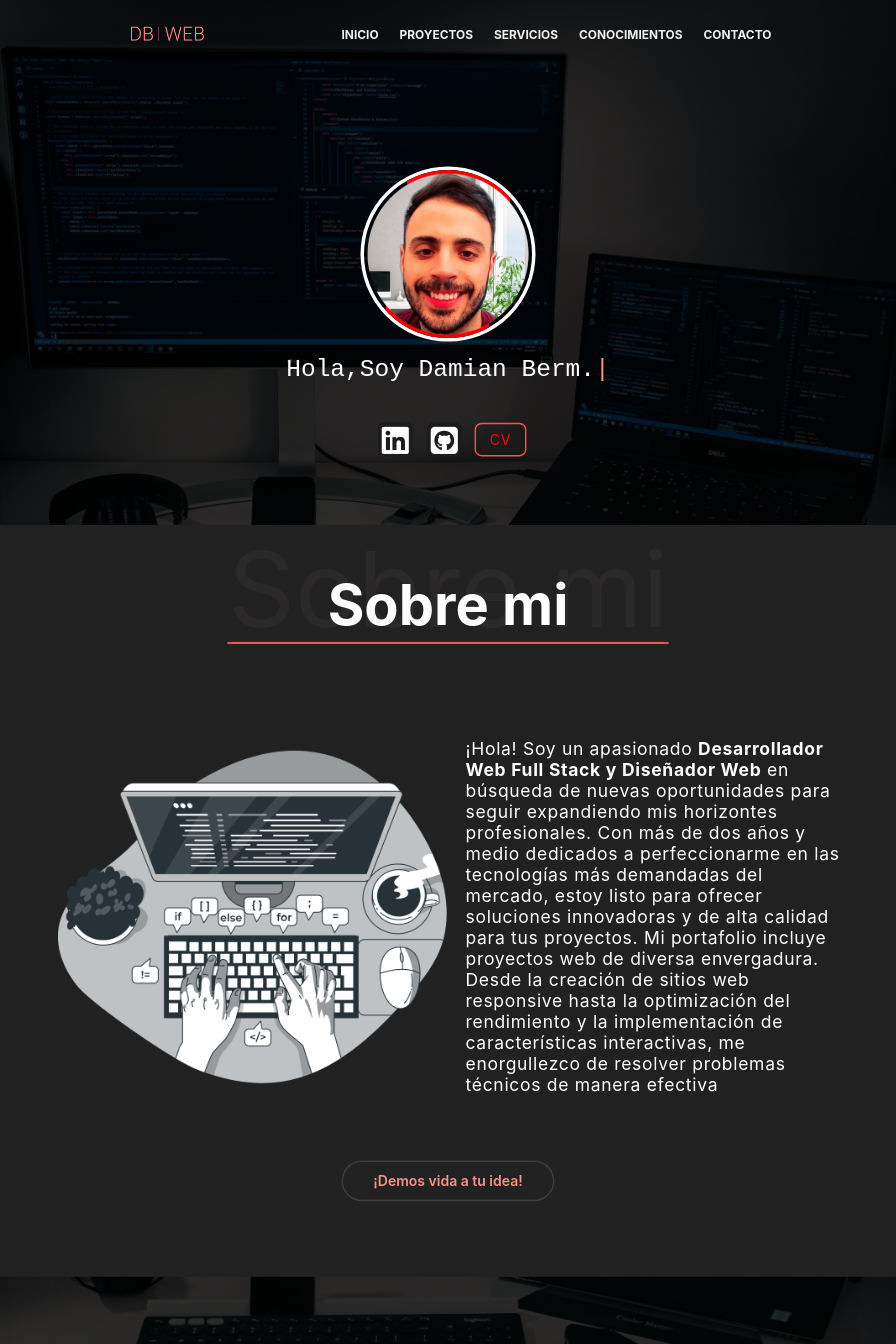
Repository: DamianBermudez94/DB-Porfolio
Page: /
The author's editor kept a copy of each file at every save. The page is drawn from the files as they stood at one save, then again after the next save.
The browser window is 1280 px wide. The pictures show the part of the page from y = 0 to 1920 px (the page is 2825 px tall before and 3079 px after), at 70% of full size.
Backgrounds fixed to the window are drawn as part of the page. Some web libraries are served in a nearby version. The project was rebuilt for these pictures with package versions that can differ from the ones it lists, and the page was loaded fresh each time. Also part of the build but not shown: vite.config.js, src/components/Servicios/styles.css, src/components/Servicios/Service.jsx, src/pages/Servicios.jsx, src/components/Conocimientos/styles.css, src/components/Conocimientos/Conocimientos.jsx, src/pages/AcerdaDe.jsx, src/components/Contacto/styles.css and 7 more.

Above is the page before, as saved 2024-04-01 21:46:15.

### index.html
<!DOCTYPE html>
<html lang="es">
  <head>
    <meta charset="utf-8" />
    <meta name="viewport" content="width=device-width, initial-scale=1" />
    <meta name="geo.position" content="-35.1853171; -59.1479442" />
    <link
      rel="icon"
      type="image/png"
      sizes="32x32"
      href="./public/image/icons-favicon-DB.png"
    />
    <link
      rel="apple-touch-icon"
      type="image/png"
      sizes="32x32"
      href="./public/image/icons-favicon-DB.png"
    />

    <link rel="manifest" href="./src/manifiesto.json" />
    <title>Damián Bermúdez - Developer</title>
    <meta name="author" content="Damián Bermúdez" />
    <meta
      name="description"
      content="Desarrollador Web Full Stack - Diseñador Web - Paginás Web - Damián Bermúdez"
    />
    <meta name="theme-color" content="#000000" />
    <!--Estilos-->
    <script
      src="https://kit.fontawesome.com/bdbed0aafa.js"
      crossorigin="anonymous"
    ></script>
    <link rel="preconnect" href="https://fonts.gstatic.com" />
    <link rel="preconnect" href="https://fonts.gstatic.com" />
    <link rel="preconnect" href="https://fonts.gstatic.com" />
    <link rel="preconnect" href="https://fonts.gstatic.com" />
    <link
      href="https://fonts.googleapis.com/css2?family=Raleway:wght@200;300&family=Roboto:wght@100;300&display=swap"
      rel="stylesheet"
    />
  </head>
  <body>
    <div id="root"></div>
    <script type="module" defer src="/src/main.jsx"></script>
  </body>
</html>

### src/main.jsx
import ReactDOM from "react-dom/client";

import App from "./App";
import "./index.css";
const root = ReactDOM.createRoot(document.getElementById("root"));
root.render(<App />);

### src/App.jsx
import { useState, useEffect } from "react";
import { MisRutas } from "./routers/MisRutas";
import { BrowserRouter } from "react-router-dom";
import backgroundImage from "../public/image/banner-parallax2.jpg";
import "./App.css";
function App() {
  const [scrollPosition, setScrollPosition] = useState(0);

  useEffect(() => {
    const handleScroll = () => {
      setScrollPosition(window.pageYOffset);
    };

    window.addEventListener("scroll", handleScroll);

    return () => {
      window.removeEventListener("scroll", handleScroll);
    };
  }, []);

  return (
    <main className="content-main parallax-container">
      <div
        className="parallax-background"
        style={{
          backgroundImage: `url(${backgroundImage})`,
          backgroundPositionY: scrollPosition / 2 + "px",
        }}
      />
      <div className="parallax-content">
        <BrowserRouter>
          <MisRutas />
        </BrowserRouter>
      </div>
    </main>
  );
}

export default App;

### src/index.css
* {
  margin: 0;
  padding: 0;
  box-sizing: border-box;
}
body {
  font-family: -apple-system, BlinkMacSystemFont, "Segoe UI", "Roboto", "Oxygen",
    "Ubuntu", "Cantarell", "Fira Sans", "Droid Sans", "Helvetica Neue",
    sans-serif;
  -webkit-font-smoothing: antialiased;
  -moz-osx-font-smoothing: grayscale;
}

### src/routers/MisRutas.jsx
import {Routes, Route } from "react-router-dom";

import { Inicio } from "../pages/Inicio";
import { Servicios } from "../pages/Servicios";
import { AcerdaDe } from "../pages/AcerdaDe";
import { Contacto } from "../pages/contacto";
import { Proyectos } from "../pages/Proyecto";
import { Error } from "../components/Error";
import { NavHeader } from "../components/header/NavHeader";
import { Footer } from "../components/Footer/Footer";

export const MisRutas = () => {
  return (
    <div className="layout">
      {/*Header y navegacion*/}
      <NavHeader />
      {/*Contenido general*/}

      <Routes>
        <Route path="/" element={<Inicio />} />
        <Route path="/inicio" element={<Inicio />} />
        <Route path="/servicios" element={<Servicios />} />
        <Route path="/conocimientos" element={<AcerdaDe />} />
        <Route path="/contacto" element={<Contacto />} />
        <Route path="/proyecto" element={<Proyectos />} />
        <Route path="*" element={<Error />} />
      </Routes>

      {/* Footer*/}
      <Footer />
    </div>
  );
};

### src/App.css
.parallax-container {
  position: relative;
  overflow: hidden;
  color: #fff;


}
.parallax-background {
  position: absolute;
  top: 0;
  left: 0;
  width: 100%;
  height: 100%;
  background-size: cover;
  background-position: center;
  background-attachment: fixed;

}
.parallax-content {
 /* Agregamos una transición para suavizar la animación */
  padding-top: 150px;
  background-color: rgba(0, 0, 0, 0.8);
  position: relative;
  z-index: 1; /* Asegura que el contenido esté sobre la imagen de fondo */
}

### src/pages/Inicio.jsx
import { Home } from "../components/Home/Home";
export const Inicio = () => {
  return (
    <section>
      <Home />
    </section>
  );
};

### src/components/Footer/Footer.jsx

import './Footer.css'
export const Footer = () => {
  return (
    <footer className="footer">
      <div className="contenedor-footer container">
          <div className="footer-redes__sociales">
              <a href="https://www.facebook.com" className="link-redes_sociales" ><i className="fab fa-facebook facebook"></i></a>
              <a href="https://www.instagram.com" className="link-redes_sociales" ><i className="fab fa-instagram instagran"></i></a>
              <a href="https://www.linkedin.com" className="link-redes_sociales" ><i className="fab fa-linkedin linkedin"></i></a>
              <a href="https:/www.github.com" className="link-redes_sociales" ><i className="fab fa-github-square github"></i></a>
          </div>
          <hr className='footer-linea__separacion' />
          <div className="footer-text">
              <p className="title-copy">Hecho por<a className="title-footer" href="https://damianbermudezdev.es/">DB|WEB</a></p>
          </div>
      </div>
    </footer>
  )
}

### src/components/header/NavHeader.css
.header {
  height: 80px;
  width: 100%;
  max-width: 1200px;
  display: flex;
  justify-content: space-around;
  align-items: center;
  position: fixed;
  top: 0;
  right: 0;
  left: 0;
  z-index: 1000;
  padding: 50px 20px;
margin: 0 auto;
  transition: background-color 0.5s ease;
}

/* Cambiar el fondo al hacer scroll */
.header.scrolled {
  background-color: rgba(83, 83, 83, 0.9);
  border-radius: 10px;
  display: flex;
  justify-content: center;
  align-items: center;
  position: fixed;

  margin: 0 auto;
}

.nav-content {
  width: 90%;
  height: 80px;
  margin: 0 auto;
  display: flex;
  justify-content: space-around;
  padding: 5px;
  align-items: center;
}
.header .logo img {
  width: 150px;
  height: 100px;
  object-fit: cover;
}

.header nav ul {
  display: flex;
  justify-content: center;
  align-items: center;
  list-style: none;
}
.header li {
  text-decoration: none;
  text-transform: uppercase;
  font-size: 17px;
  font-weight: bold;
  margin: 15px;
}
.header li a {
  text-decoration: none;
  transition: all 300ms;
  color: #f1f1f1;
}
.header .active,
.header a:hover {
  color: rgb(255, 80, 80);
}

.header .btn-menu {
  display: none;
}
@media screen and (max-width: 960px) {
  .header {
    max-width: 900px;
  }

  .header .logo img {
    width: 200px;
    height: 150px;
  }

  .menu {
    list-style-type: none;
    margin: 0;
    padding: 0;
    transform: translateY(-100%);
    transition: transform 0.5s ease-in-out;
    position: fixed;
    top: 150px;
    left: 0%;
    width: 100%;
    height: 100vh;
    width: 100%;
    display: flex;
    flex-direction: column;
    align-items: center;
    justify-content: center;
    height: 0;
    overflow: hidden;
    background-color: rgba(255, 255, 255, 0);
    backdrop-filter: blur(19px);
  }

  .menu.active {
    transform: translateY(0);
    width: 100%;
    height: 100vh;
    bottom: 10px;
    display: block;
    margin: 0 auto;
  }

  .menu ul {
    flex-direction: column;
    align-items: center;
    justify-content: center;
  }

  .menu li {
    width: 100%;
    margin: 10px auto;
    border-bottom: 1px solid rgb(255, 1, 1);
    margin: 10px 0;
    transform: translateY(-50px);
    opacity: 0;
    transition: transform 0.5s ease, opacity 0.5s ease;
  }
  .menu.active li {
    transform: translateY(0);
    opacity: 1;
    padding: 10px;
  }
  .menu a {
    text-decoration: none;
    color: #fff;
    font-size: 20px;
    transition: color 0.3s;
  }
  .menu a:hover {
    color: #ffd700;
  }
}
@media screen and (max-width: 480px) {
  .header {
    padding: 50px;

  }
  .header .logo img {
    width: 150px;
    height: 100px;
  }
}

### src/components/header/burgerButton.jsx
/* eslint-disable react/prop-types */

import styled from "styled-components";

function BurguerButton(props) {
  return (
    <Burguer>
      <div
        onClick={props.handleClick}
        className={`btn-menu nav-icon-5 ${props.clicked ? "open" : ""}`}
      >
        <span></span>
        <span></span>
        <span></span>
      </div>
    </Burguer>
  );
}

export default BurguerButton;

const Burguer = styled.div`
  /* nav-icon-5 */
  .nav-icon-5 {
    width: 35px;
    height: 30px;
    position: relative;
    cursor: pointer;
    display: flex;
    margin: 25px auto;
  }
  .nav-icon-5 span {
    background-color: #fff;
    position: absolute;
    border-radius: 2px;
    transition: 0.3s cubic-bezier(0.8, 0.5, 0.2, 1.4);
    width: 100%;
    height: 4px;
    transition-duration: 500ms;
  }
  .nav-icon-5 span:nth-child(1) {
    top: 0px;
    left: 0px;
  }
  .nav-icon-5 span:nth-child(2) {
    top: 13px;
    left: 0px;
    opacity: 1;
  }
  .nav-icon-5 span:nth-child(3) {
    bottom: 0px;
    left: 0px;
  }
  .nav-icon-5:not(.open):hover span:nth-child(1) {
    transform: rotate(-3deg) scaleY(1.1);
  }
  .nav-icon-5:not(.open):hover span:nth-child(2) {
    transform: rotate(3deg) scaleY(1.1);
  }
  .nav-icon-5:not(.open):hover span:nth-child(3) {
    transform: rotate(-4deg) scaleY(1.1);
  }
  .nav-icon-5.open span:nth-child(1) {
    transform: rotate(45deg);
    top: 13px;
  }
  .nav-icon-5.open span:nth-child(2) {
    opacity: 0;
  }
  .nav-icon-5.open span:nth-child(3) {
    transform: rotate(-45deg);
    top: 13px;
  }
  @media screen and (min-width: 960px) {
    .btn-menu {
      display: none;
    }
  }
`;

### src/components/Footer/Footer.css
.footer {
  min-height: 120px;
  line-height: 7px;
  text-align: center;
  font-size: 22px;
  padding: 45px;
  background-color: #212121;
}

.contenedor-footer {
  display: flex;
  flex-direction: column;
  justify-content: center;
  align-content: center;
  margin: 0 auto;
  padding: 20px;
}
.footer-text {
  display: flex;
  justify-content: center;
  align-items: center;
  padding: 10px;
  margin-top: 20px;
}
.title-copy {
  text-align: center;
  font-size: 26px;
  font-weight: 300;
}
.title-footer {
  text-decoration: none;
  color: rgb(252, 136, 136);
  margin-left: 5px;
}
.footer-linea__separacion{
  height: 1px;
  width: 100%;
  max-width: 700px;
  margin: 0 auto;


}
body.dark .title-copy {
  color: #f1f1f1;
}

.footer-redes__sociales {
  display: flex;
  justify-content: center;
  align-items: center;
  text-align: center;
  margin-bottom: 10px;
}
.link-redes_sociales {
  text-decoration: none;
  width: 50px;
  height: 50px;
  margin: 10px;
  color: rgb(255, 255, 255);
  background-color: rgb(28, 28, 28);
  border-radius: 10px;
  text-align: center;
  position: relative;
  transition: transform 0.4s;
  font-size: 26px;
  padding: 4px;
}
.link-redes_sociales:hover {
  transform: rotate(45deg);
}
.link-redes_sociales::before {
  content: "";
  position: absolute;
  width: 100%;
  height: 100%;
  opacity: 0;
  background-color: #373737;
  border-radius: 10px;
  transition: opacity 0.2s;
}
.link-redes_sociales:hover::before {
  opacity: 0.4;
}
.link-redes_sociales:nth-child(1)::before {
  background-color: rgb(255, 80, 80);
}
.link-redes_sociales:nth-child(2)::before {
  background-color: rgb(255, 80, 80);
}
.link-redes_sociales:nth-child(3)::before {
  background-color: rgb(255, 80, 80);
}
.link-redes_sociales:nth-child(4)::before {
  background-color: rgb(255, 80, 80);
}

.link-redes_sociales:hover::before {
  transform: translate(-4px, -4px);
  filter: blur(10px);
}

.link-redes_sociales i {
  font-size: 1.7em;
  transition: all 0.4s;
}
.link-redes_sociales:hover i {
  color: #f1f1f1;
  transform: rotate(-45deg);
}

body.dark .redes-sociales i {
  color: #f1f1f1;
}

### src/components/TextoCustom/CustomText.jsx
/* eslint-disable react/prop-types */
import  { useState, useEffect } from 'react';
import './styles.css';

const CustomText = ({ words, typingDelay = 200, changingDelay = 3000 }) => {
  const [index, setIndex] = useState(0);
  const [subIndex, setSubIndex] = useState(0);
  const [reverse, setReverse] = useState(false);

  // Efecto para manejar la escritura y eliminación de las palabras
  useEffect(() => {
    if (subIndex === words[index].length + 1 && !reverse) {
      setReverse(true);
      return;
    }

    if (subIndex === 0 && reverse) {
      setReverse(false);
      setIndex((prev) => (prev + 1) % words.length);
      return;
    }

    const timeout = setTimeout(() => {
      setSubIndex((prev) => prev + (reverse ? -1 : 1));
    }, typingDelay);

    return () => clearTimeout(timeout);
  }, [subIndex, index, reverse]);

  // Efecto para cambiar la palabra después de un cierto tiempo
  useEffect(() => {
    if (!reverse) {
      return;
    }

    const timeout = setTimeout(() => {
      setReverse(false);
      setIndex((prev) => (prev + 1) % words.length);
    }, changingDelay);

    return () => clearTimeout(timeout);
  }, [reverse]);

  return (
    <div className="typewriter">
      <span>{`${words[index].substring(0, subIndex)}${reverse ? '.' : ' '}`}</span>
    </div>
  );
};

export default CustomText;

### src/components/Home/styles.css
/**Estilos Home- Principal**/

.home-welcome {
  width: 100%;
  height: 600px;
  display: flex;
  flex-direction: column;
  justify-content: space-around;
  align-items: center;
  padding: 20px;
}
.container-home {
  width: 100%;
}
.container-home img {
  display: flex;
  justify-content: center;
  width: 250px;
  height: 250px;
  padding: 5px;
  margin: 0 auto;
  position: relative;
  border: solid 5px transparent;
}
.container-home figure {
  display: flex;
  justify-content: center;
  width: 250px;
  height: 250px;
  padding: 5px;
  margin: 0 auto;
  position: relative;
  border: 5px solid;
  border-radius: 50%;
  place-content: center;
  place-items: center;
  overflow: hidden;
}
.container-home figure::before {
  content: "";
  position: absolute;
  width: 150px;
  background-image: linear-gradient(360deg, rgb(241, 0, 0), rgb(255, 0, 0));
  height: 130%;
  animation: rotBGimg 3s linear infinite;
  transition: all 0.2s linear;
}

@keyframes rotBGimg {
  from {
    transform: rotate(0deg);
  }

  to {
    transform: rotate(360deg);
  }
}

.container-redes_inicio {
  display: block;
  padding-top: 25px;
  display: flex;
  align-items: center;
  justify-content: center;
}

.btn-cv {
  max-width: 100px;
  text-decoration: none;
  display: flex;
  justify-content: center;
  font-size: 20px;
  cursor: pointer;
  letter-spacing: 1px;
  color: rgb(255, 0, 0);
  background-color: transparent;
  outline: 2px solid rgb(255, 80, 80);
  border: none;
  border-radius: 8px;
  padding: 10px 20px;
  margin-left: 10px;
  position: relative;
  top: 0px;
  overflow: hidden;
  transition: color 1s;
}

.btn-cv:hover {
  color: #ffffff;
  z-index: 1;
}

.btn-cv::before {
  content: "";
  position: absolute;
  top: 0;
  left: -50px;
  width: 250%;
  height: 100%;
  background-color: rgba(255, 85, 85, 0.5);
  border: none;
  outline: 3px solid rgb(0, 0, 0);
  transform: scaleX(0) skewX(35deg);
  transform-origin: left;
  z-index: -1;
  transition: transform 1s;
}

.btn-cv:hover::before {
  transform: scaleX(1) skewX(35deg);
}
.content-proyectos__inicio {
  display: flex;
  justify-content: center;
  align-items: center;
  flex-direction: column;
  padding: 50px;
}

.content-proyectos__inicio h2 {
  margin-bottom: 80px;
  font-size: 40px;
  text-align: center;
}
@media (max-width: 960px) {
  .home .title-welcome .title-custom {
    width: 100%;
  }
  .title-welcome span {
    width: 100%;
  }
}

@media (max-width: 670px) {
  .title-welcome {
    margin-left: 20px;
  }
  .container-redes_inicio {
    padding: 5px;
    margin-left: 0px;
  }
}
@media (max-width: 480px) {
  .title-welcome {
    margin-left: 20px;
  }
  .container-redes_inicio {
    padding: 5px;
    margin-left: 0px;
  }
  .container-redes_inicio {
    flex-wrap: wrap;
  }
}

/**Estilos section Sobre mi**/
.section-me {
  padding: 60px;
  margin: 0 auto;
  display: flex;
  flex-direction: column;
  justify-content: center;
  align-items: center;
  background-color: #212121;
}
.content-title{
  height: 200px;
  text-align: center;
}

.section-me .title-sobre__me {
  margin: 0;
  padding: 5px;
  font-size: 80px;
  color: rgb(255, 255, 255);
  border-bottom: 3px solid rgb(255, 80, 80);
}
.section-me .sub-title {
  position: relative;
  opacity: 0.04;
  font-size: 150px;
  top: -170px;
  right: 0;
  color: rgb(253, 214, 214);
  overflow: hidden;
}
.container-me {
  width: 100%;
  display: flex;
  flex-direction: column;
  justify-content: center;
  align-items: center;
  margin: 0 auto;
}
.container-me article{
  width: 100%;
  display: flex;
  flex-direction: row;
  align-items: center;
}

.container-me article img {
  width: 100%;
  max-width: 600px;
  margin: 0 auto;
  shape-outside: circle(50%);
}

.section-me article p {
  margin: 0 auto;
  padding: 5px;
  font-size: 25px;
  letter-spacing: 1px;
  overflow: hidden;
}


.container-me .enlace-contacto {
  width: 300px;
  text-decoration: none;
  color: #fa9484;
  position: relative;
  display: grid;
  grid-column: span 2;
  padding: 15px;
  margin: 50px auto 50px;
  text-align: center;
  opacity: 1;
}

.enlace-contacto {
  position: relative;
  display: inline-block;
  padding: 12px 24px;
  border: none;
  font-size: 16px;
  background-color: inherit;
  border-radius: 100px;
  font-weight: 600;
  color: #ffffff40;
  box-shadow: 0 0 0 2px #ffffff20;
  cursor: pointer;
  overflow: hidden;
  transition: all 0.6s cubic-bezier(0.23, 1, 0.32, 1);
}

.enlace-contacto span:last-child {
  position: absolute;
  top: 50%;
  left: 50%;
  transform: translate(-50%, -50%);
  width: 20px;
  height: 20px;
  background-color: rgb(252, 98, 98);
  border-radius: 50%;
  opacity: 0;
  transition: all 0.8s cubic-bezier(0.23, 1, 0.32, 1);
}

.enlace-contacto span:first-child {
  width: 100%;
  position: relative;
  z-index: 1;
  font-size: 20px;
}

.enlace-contacto:hover {
  box-shadow: 0 0 0 5px #f3212160;
  color: #ffffff;
}

.enlace-contacto:active {
  scale: 0.95;
}

.enlace-contacto:hover span:last-child {
  width: 100%;
  height: 200px;
  opacity: 1;
}

.square {
	position: absolute;
	top: 50%;
	left: 50%;
	transform: translate(-50%, -50%);
	width: 50px;
	height: 50px;
	background: linear-gradient(#f70000, #757575);
	z-index: 2;
}

.circle {
	position: absolute;
	top: 50%;
	left: 50%;
	transform: translate(-50%, -50%);
	width: 50px;
	height: 50px;
	background: #d91c1c;
	border-radius: 50%;
}

.triangle {
	position: absolute;
	top: 50%;
	left: 50%;
	transform: translate(-50%, -50%);
	width: 50px;
	height: 50px;
	background: #f5f5f5;
	clip-path: polygon(50% 0%, 0% 100%, 100% 100%);
	-webkit-clip-path: polygon(50% 0%, 0% 100%, 100% 100%);
}

@media (max-width: 1280px) {
  .section-me div {
    display: block;
  }
}

@media (max-width: 780px) {
  .section-me {
    padding: 20px;
  }
  .section-me ul {
    text-align: center;
  }
  .section-me ul li span {
    font-size: 80px;
  }
  .section-me figure {
    max-width: 300px;
  }
  .section-me img {
    width: 300px;
    height: 300px;
  }
  .section-me .title-sobre__me {
    font-size: 45px;
  }
  .section-me .sub-title {
    font-size: 100px;
    top: -110px;
  }
}
@media (max-width: 480px) {
  .section-me .title-sobre__me {
    margin-top: 50px;
    font-size: 45px;
  }
  .section-me .sub-title {
    font-size: 80px;
    top: -100px;
  }
}

/**--Seccion motivos--**/

.article-section__motivos {
  width: 100%;
  padding: 50px;
  border-radius: 10px;
  margin: 50px auto;
  display: grid;
  grid-template-columns: repeat(3, 1fr);
  gap: 20px;
}

.article-section__motivos h2 {
  grid-column: span 3;
  text-align: center;
  margin-bottom: 50px;
  font-size: 60px;
}

.article-section__motivos article {
  display: flex;
  justify-content: center;
  align-items: center;
  flex-direction: column;
  margin-bottom: 20px;
  width: 300px;
  height: 400px;
  background-color: #212121;
  border-radius: 30px 0px 30px 0px;
  padding: 10px;
  margin: 0 auto;
}

.article-section__motivos h3 {
  font-size: 2.5em;
  margin-bottom: 10px;
  text-align: center;
  font-weight: bold;
}

.article-section__motivos p {
  line-height: 1.5;
  padding: 5px;
}

### src/components/TextoCustom/styles.css
.typewriter span {

    display: flex;
    align-items: center;
    justify-content: center;
    font-size: 35px;
    font-family: monospace;
    overflow: hidden;
    white-space: nowrap;
    padding: 20px;
  }

  .typewriter span:after {
    content: '|';
    animation: blink-caret .75s step-end infinite;
    color: #fa9484;
  }

  @keyframes blink-caret {
    from, to { border-color: transparent }
    50% { border-color: black }
  }

  @media (max-width: 780px) {
    .typewriter span {
       font-size: 30px;
      }
  }
  @media (max-width: 780px) {
    .typewriter span {
       font-size: 20px;
      }
  }

Loaded but not shown: src/components/Home/Home.jsx (139 lines, source omitted); src/components/header/NavHeader.jsx (99 lines, source omitted)

After the next save:
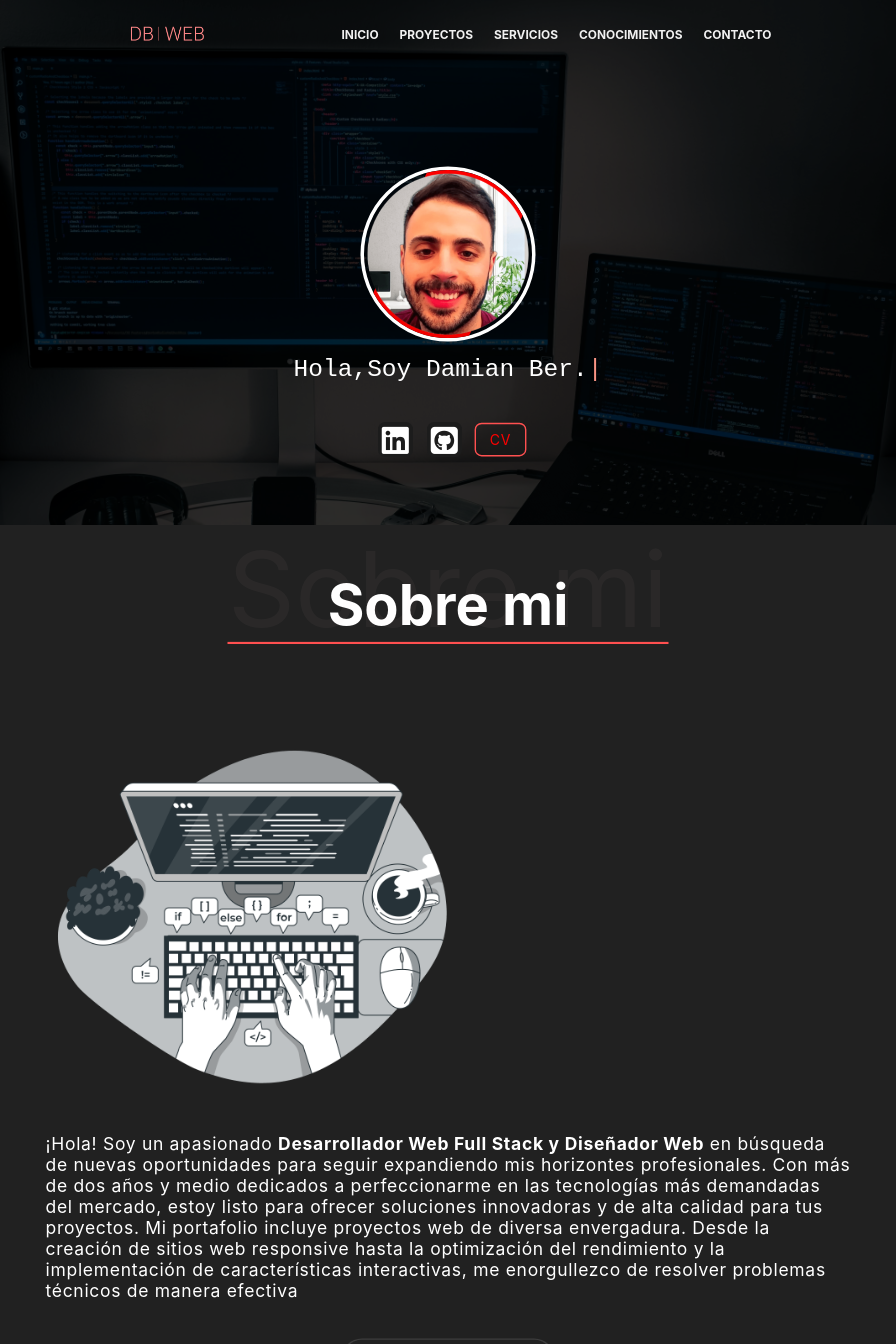
Saved 30 s later.
--- a/src/components/Home/styles.css
+++ b/src/components/Home/styles.css
@@ -192,12 +192,7 @@
   align-items: center;
   margin: 0 auto;
 }
-.container-me article{
-  width: 100%;
-  display: flex;
-  flex-direction: row;
-  align-items: center;
-}
+
 
 .container-me article img {
   width: 100%;
